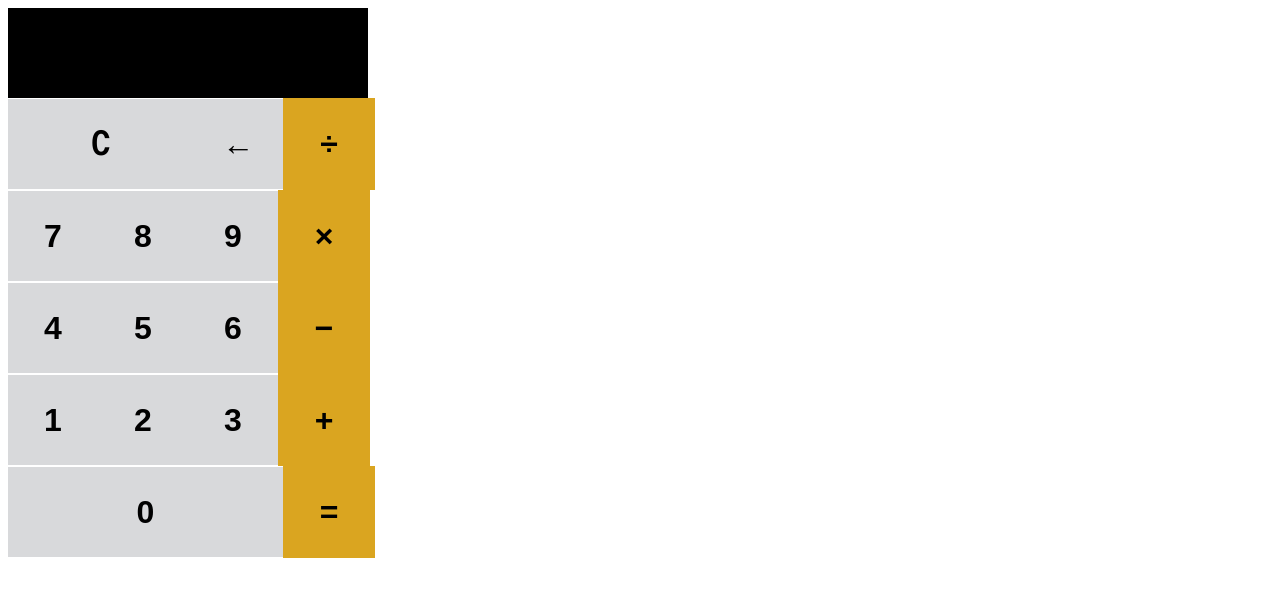
Repository: jontslater/LAB-calculator2
Page: index.html
The author's editor kept a copy of each file at every save. The page is drawn from the files as they stood at one save, then again after the next save.
The browser window is 1280 px wide. The pictures show the whole page.

Above is the page before, as saved 2023-10-14 10:25:02.

After the next save:
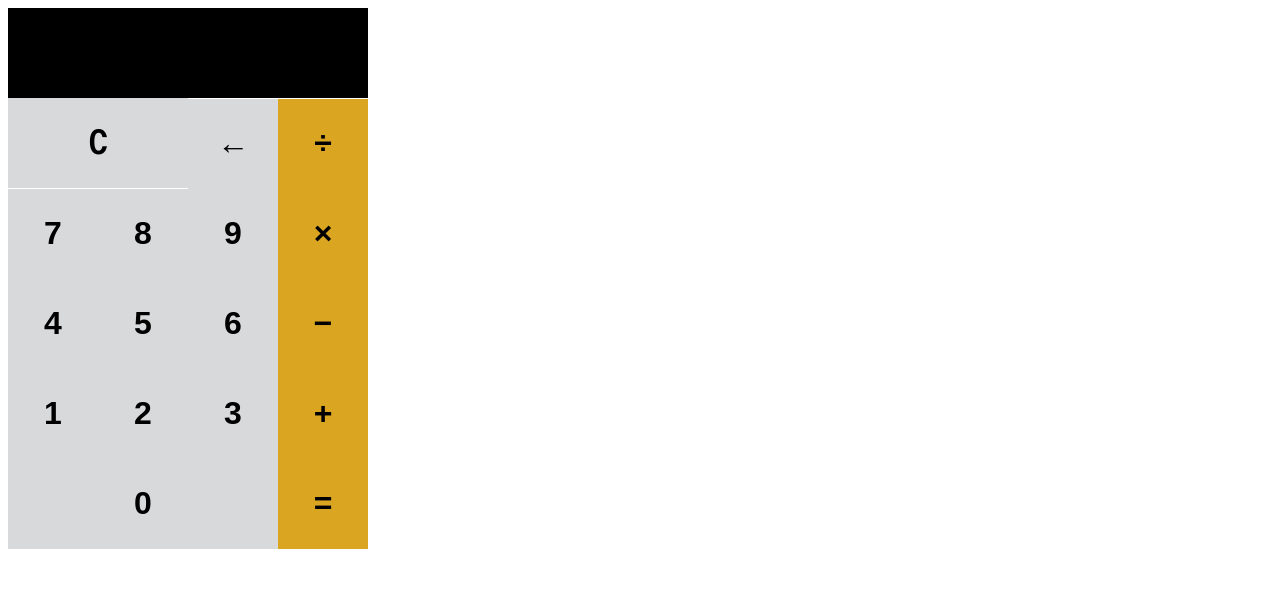
Saved 33 s later.
--- a/main.css
+++ b/main.css
@@ -12,8 +12,8 @@ body{
 
 .buttonss{
   background-color: #d8d9db;
-  height: 92px;
-  width: 92px;
+  height: 90px;
+  width: 90px;
   font-size: xx-large;
   font-weight: bold;
   border:none;
@@ -29,14 +29,14 @@ body{
 }
 
 .twice{
-  width: 275px;
+  width: 270px;
   font-size: xx-large;
   font-weight: bold;
   border:none;
 }
 
 .three{
-  width: 185px;
+  width: 180px;
   font-size: xx-large;
   font-weight: bold;
   border:none;
@@ -44,8 +44,8 @@ body{
 
 .orange{
   background-color:goldenrod;
-  height: 92px;
-  width: 92px;
+  height: 90px;
+  width: 90px;
   font-size: xx-large;
   font-weight: bold;
   border:none;
